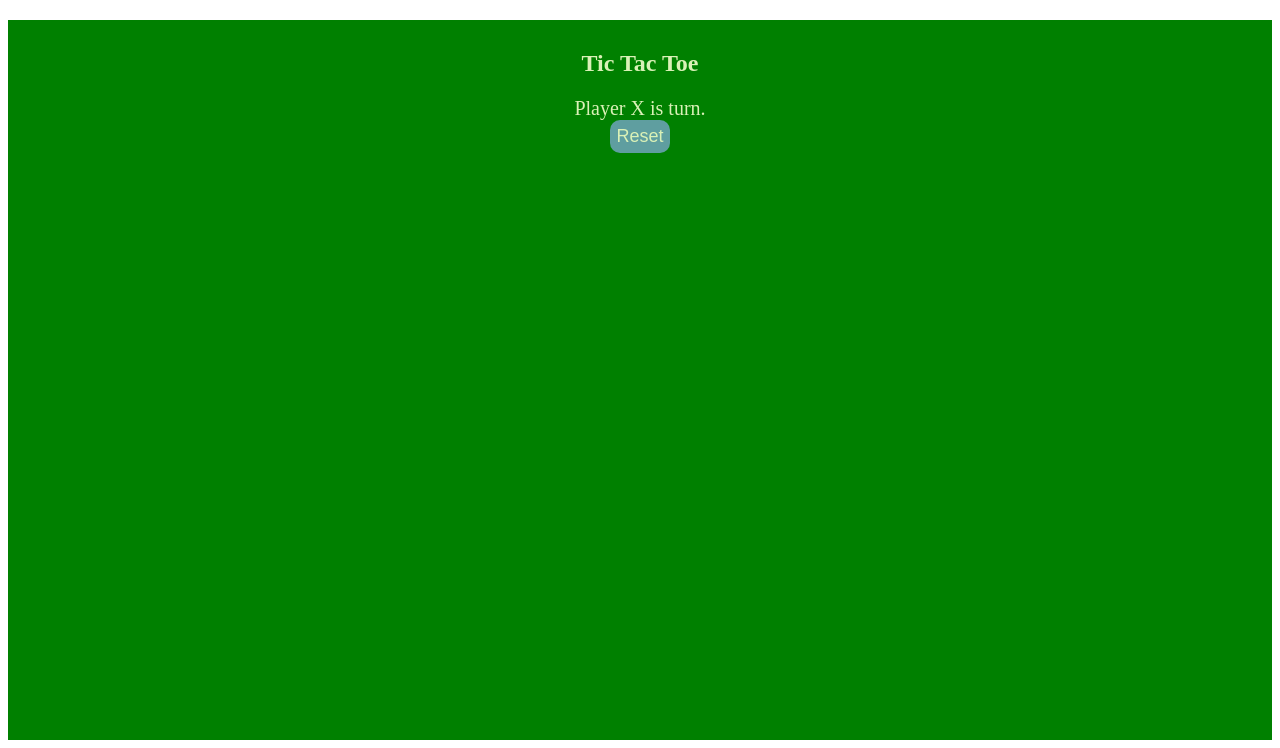
Repository: AnahitKhechumyan/tictac
Page: index.html
The author's editor kept a copy of each file at every save. The page is drawn from the files as they stood at one save, then again after the next save.
The browser window is 1280 px wide. The pictures show the whole page.

Above is the page before, as saved 2022-02-07 01:40:30.
Console error: TypeError: Cannot read properties of null (reading 'addEventListener')

### index.html
<!DOCTYPE html>
<html lang="en">
<head>
    <meta charset="UTF-8">
    <meta http-equiv="X-UA-Compatible" content="IE=edge">
    <meta name="viewport" content="width=device-width, initial-scale=1.0">
    <link rel="stylesheet" href="style.css">
    <link rel="preconnect" href="https://fonts.gstatic.com">
    <link href="https://fonts.googleapis.com/css2?family=Itim&display=swap" rel="stylesheet">
    <script src="./script.js"></script>
    <title>TIC TAC TOE</title>
</head>
<body>

    <main class="green">
        <section class="title">
            <h1>Tic Tac Toe</h1>
        </section>
        <section class="display">
            Player <span class="display-player playerX">X</span> is turn.
        </section>
        <section class="container">
            <div class="tile"></div>
            <div class="tile"></div>
            <div class="tile"></div>
            <div class="tile"></div>
            <div class="tile"></div>
            <div class="tile"></div>
            <div class="tile"></div>
            <div class="tile"></div>
            <div class="tile"></div>
        </section>
        <section class="display speacker hide"></section>
        <section class="controls">
            <button id="restart">Reset</button>
        </section>
    </main>
    <!--<main class= "green">
        <section class="title"><h1>Tic Tac Toe</h1></section>
        <section class="display">Player <span class = "display-player playerX"> X </span> is turn</section>
        <section class="container">
            <div class= "box"></div>
            <div class= "box"></div>
            <div class= "box"></div>
            <div class= "box"></div>
            <div class= "box"></div>
            <div class= "box"></div>
            <div class= "box"></div>
            <div class= "box"></div>
            <div class= "box"></div>
        </section>

        <section class="display speacker hide"></section>
        <section class="controls">
            <button id = "restart">Restart Game</button>
        </section>

    </main>
    <script  src="script.js"></script>-->

</body>
</html>

### style.css
.green{
    background-color: green;
    width: 100%;
    height:100vh;
    cursor: pointer;
}
.display, h1, span{
    color:rgb(218, 241, 183);
}

.container {
    margin: 0 auto;
    display: grid;
    grid-template-columns: 33% 33% 33%;
    grid-template-rows: 33% 33% 33%;
    max-width: 300px;
}

.box{
    border: 1px solid white;
    min-width: 100px;
    min-height: 100px;
    display: flex;
    justify-content: center;
    align-items: center;
    font-size: 50px;
    cursor: pointer;
}
h1{
    text-align: center;
    padding-top: 30px;
}
.display, .controls{
    text-align: center;
}
.display{
    font-size: 20px;
}
#restart{
    padding:6px;
    background-color: cadetblue;
    color:rgb(218, 241, 183);
    font-size: 18px;
    border:none;
    border-radius: 10px;
    cursor: pointer;
}
 #restart:hover {
    color:green;
    background-color: ivory;
}
.display-player{
    color:rgb(218, 241, 183);
}

### script.js
window.addEventListener('DOMContentLoaded', () => {
    const tiles = Array.from(document.querySelectorAll('.tile'));
    const playerDisplay = document.querySelector('.display-player');
    const resetButton = document.querySelector('#reset');
    const announcer = document.querySelector('.announcer');

    let board = ['', '', '', '', '', '', '', '', ''];
let currentPlayer = 'X';
let isGameActive = true;

const PLAYERX_WON = 'PLAYERX_WON';
const PLAYERO_WON = 'PLAYERO_WON';
const TIE = 'TIE';

const winningConditions = [
    [0, 1, 2],
    [3, 4, 5],
    [6, 7, 8],
    [0, 3, 6],
    [1, 4, 7],
    [2, 5, 8],
    [0, 4, 8],
    [2, 4, 6]
 ];

 const isValidAction = (tile) => {
    if (tile.innerText === 'X' || tile.innerText === 'O'){
        return false;
    }

    return true;
};

const updateBoard =  (index) => {
    board[index] = currentPlayer;
 }

 const changePlayer = () => {
    playerDisplay.classList.remove(`player${currentPlayer}`);
    currentPlayer = currentPlayer === 'X' ? 'O' : 'X';
    playerDisplay.innerText = currentPlayer;
    playerDisplay.classList.add(`player${currentPlayer}`);
}

const announce = (type) => {
    switch(type){
       case PLAYERO_WON:
            announcer.innerHTML = 'Player <span class="playerO">O</span> Won';
            break;
       case PLAYERX_WON:
            announcer.innerHTML = 'Player <span class="playerX">X</span> Won';
            break;
       case TIE:
            announcer.innerText = 'TIE';
        }
    announcer.classList.remove('hide');
};

function handleResultValidation() {
    let roundWon = false;
    for (let i = 0; i <= 7; i++) {
      const winCondition = winningConditions[i];
      const a = board[winCondition[0]];
      const b = board[winCondition[1]];
      const c = board[winCondition[2]];
      if (a === "" || b === "" || c === "") {
        continue;
      }
      if (a === b && b === c) {
        roundWon = true;
        break;
      }
    }

    if (roundWon) {
      announce(currentPlayer === "X" ? PLAYERX_WON : PLAYERO_WON);
      isGameActive = false;
      return;
    }
    if (!board.includes("")) announce(TIE);
      }
      const userAction = (tile, index) => {
        if (isValidAction(tile) && isGameActive) {
          tile.innerText = currentPlayer;
          tile.classList.add(`player${currentPlayer}`);
          updateBoard(index);
          handleResultValidation();
          changePlayer();
        }
      };

      tiles.forEach( (tile, index) => {
        tile.addEventListener('click', () => userAction(tile, index));
    });

    const resetBoard = () => {
        board = ['', '', '', '', '', '', '', '', ''];
        isGameActive = true;
        announcer.classList.add('hide');

        if (currentPlayer === 'O') {
            changePlayer();
        }

        tiles.forEach(tile => {
            tile.innerText = '';
            tile.classList.remove('playerX');
            tile.classList.remove('playerO');
        });
    }
    resetButton.addEventListener('click', resetBoard);
  });

/*window.addEventListener("DOMContentLoaded",()=>{
    const boxes = Array.from(document.querySelectorAll(".box"));
    const playerDisplay = document.querySelector(".display-player");
    const restartButton = document.querySelector("#restart");
    const speacker = document.querySelector(".speacker");

    let field =["","","","","","","","",""];
    let currentPlayer = "X";
    let isGameActive = true;

    const PLAYERX_WON = "PLAYERX_WON";
    const PLAYER0_WON = "PLAYER0_WON";
    const TIE = "TIE";

    const winningConditions =[
        [0,1,2],
        [3,4,5],
        [6,7,8],
        [0,3,6],
        [1,4,7],
        [2,5,8],
        [0,4,8],
        [2,4,6]
    ];

    function handleResultValidation(){
        let roundWon = false;
        for(let i = 0; i<=7; i++){
            const winCondition = winningConditions[i];
            if(field[winCondition[0]] === "" || field[winCondition[1]] === "" || field[winCondition[2]] === ""){
                continue;
            }
            if( field[winCondition[0]]=== field[winCondition[1]] && field[winCondition[1]] === field[winCondition[2]]){
                roundWon = true;
                break;
            }



        if(roundWon){
            finish(currentPlayer ==="X" ? PLAYERX_WON : PLAYER0_WON);
            isGameActive = false;
            return;
        }
        if(!field.includes("")) finish(TIE);

      }
    }

        const finish = (type)=>{
            switch(type){
                case PLAYERX_WON:
                    speacker.innerHTML = `Player <span class = "display-player playerX"> X </span> Won`;
                    break;
                case PLAYER0_WON:
                    speacker.innerHTML = `Player <span class = "display-player playerO"> O </span> Won`;
                    break;
                case TIE:
                speacker.innerHTML = `We have a tie!`;
                    break;

            }
            speacker.classList.remove('hide');
        }
        const isValidActian = (box)=>{
            if(box.innerText === "X" || box.innerText === "0" ){
                return false;
            }
               return true;
        };


        const updateField = (index)=>{
            field[index] = currentPlayer;
        };


        const changePlayer = ()=>{
            playerDisplay.classList.remove(`player${currentPlayer}`);
            currentPlayer = currentPlayer==="X" ? "0" : "X";
            playerDisplay.innerText =  currentPlayer;
            playerDisplay.classList.add(`player${currentPlayer}`);
        };


        const userAction = (box, index)=>{
            if(isValidActian(box) && isGameActive){
                box.innerText = currentPlayer;
                box.classList.add(`player${currentPlayer}`);
                updateField(index);
                handleResultValidation();
                changePlayer();
            }
        };

        const restartField = ()=>{
            field = ["","","","","","","","","",];
            isGameActive = true;
            speacker.classList.add("hide");
           if( currentPlayer ==="0"){
               changePlayer();
           }
           boxes.forEach((box)=>{
               box.innerText = "";
               box.classList.remove("playerX");
               box.classList.remove("player0");
           });
        };

        boxes.forEach((box,index)=>{
            box.addEventListener("click", ()=>userAction(box, index));
        });

       restartButton.addEventListener("click", restartField);
});*/

After the next save:
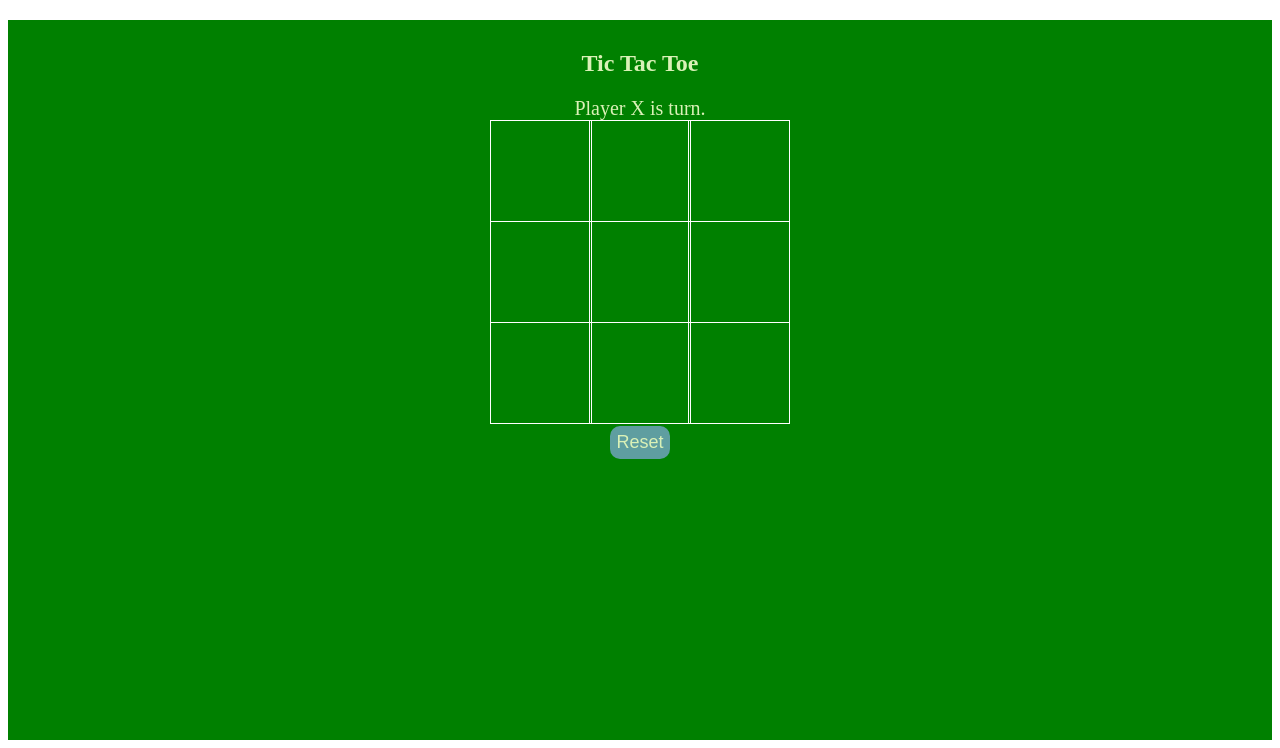
Saved 110 s later.
--- a/index.html
+++ b/index.html
@@ -20,15 +20,15 @@
             Player <span class="display-player playerX">X</span> is turn.
         </section>
         <section class="container">
-            <div class="tile"></div>
-            <div class="tile"></div>
-            <div class="tile"></div>
-            <div class="tile"></div>
-            <div class="tile"></div>
-            <div class="tile"></div>
-            <div class="tile"></div>
-            <div class="tile"></div>
-            <div class="tile"></div>
+            <div class="box"></div>
+            <div class="box"></div>
+            <div class="box"></div>
+            <div class="box"></div>
+            <div class="box"></div>
+            <div class="box"></div>
+            <div class="box"></div>
+            <div class="box"></div>
+            <div class="box"></div>
         </section>
         <section class="display speacker hide"></section>
         <section class="controls">
